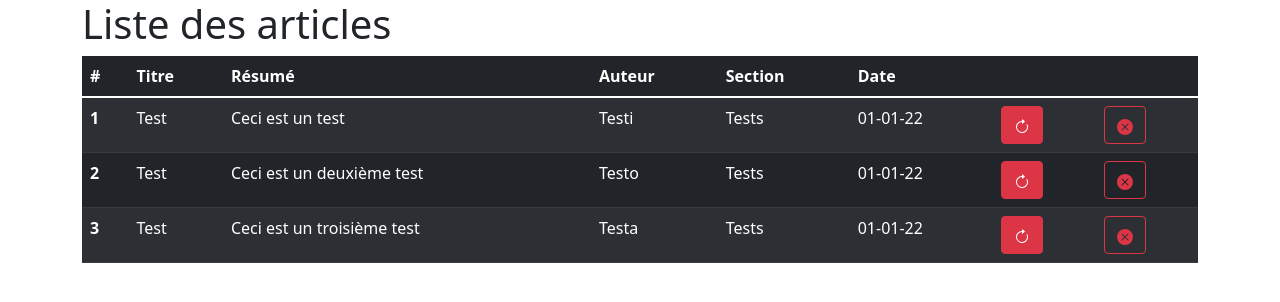
Repository: QuentinFayt/NewsWeb
Page: sources/adminNewsWeb/articlesList.html
An editor plug-in stored every save of this project. The page is shown before and after the next save, followed by the edit.
The browser window is 1280 px wide. The pictures show the whole page.

Above is the page before, as saved 2021-12-23 12:07:35.

After the next save:
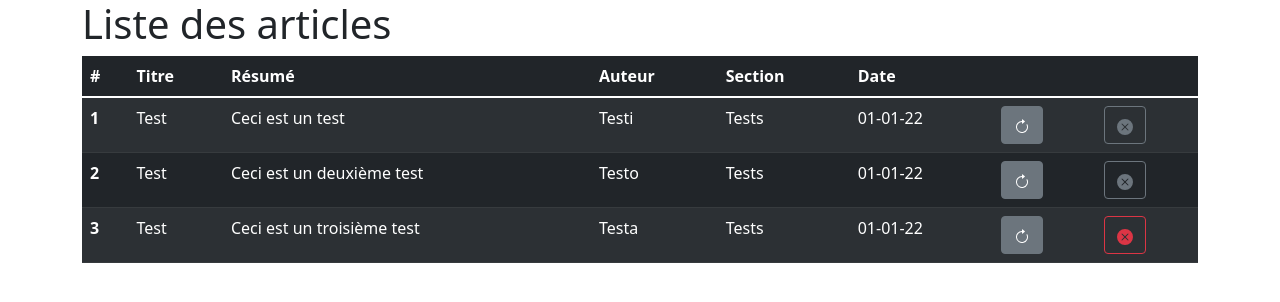
Saved 21 s later.
--- a/sources/adminNewsWeb/articlesList.html
+++ b/sources/adminNewsWeb/articlesList.html
@@ -32,13 +32,13 @@
                     <td>Testi</td>
                     <td>Tests</td>
                     <td>01-01-22</td>
-                    <td><button type="button" class="btn btn-danger">
+                    <td><button type="button" class="btn btn-secondary">
                             <svg xmlns="http://www.w3.org/2000/svg" width="16" height="16" fill="currentColor" class="bi bi-arrow-clockwise" viewBox="0 0 16 16">
                                 <path fill-rule="evenodd" d="M8 3a5 5 0 1 0 4.546 2.914.5.5 0 0 1 .908-.417A6 6 0 1 1 8 2v1z"></path>
                                 <path d="M8 4.466V.534a.25.25 0 0 1 .41-.192l2.36 1.966c.12.1.12.284 0 .384L8.41 4.658A.25.25 0 0 1 8 4.466z"></path>
                             </svg>
                         </button></td>
-                    <td><button type="button" class="btn btn-outline-danger">
+                    <td><button type="button" class="btn btn-outline-secondary">
                             <svg xmlns="http://www.w3.org/2000/svg" width="16" height="16" fill="currentColor" class="bi bi-x-circle-fill" viewBox="0 0 16 16">
                                 <path d="M16 8A8 8 0 1 1 0 8a8 8 0 0 1 16 0zM5.354 4.646a.5.5 0 1 0-.708.708L7.293 8l-2.647 2.646a.5.5 0 0 0 .708.708L8 8.707l2.646 2.647a.5.5 0 0 0 .708-.708L8.707 8l2.647-2.646a.5.5 0 0 0-.708-.708L8 7.293 5.354 4.646z"></path>
                             </svg>
@@ -52,13 +52,13 @@
                     <td>Testo</td>
                     <td>Tests</td>
                     <td>01-01-22</td>
-                    <td><button type="button" class="btn btn-danger">
+                    <td><button type="button" class="btn btn-secondary">
                             <svg xmlns="http://www.w3.org/2000/svg" width="16" height="16" fill="currentColor" class="bi bi-arrow-clockwise" viewBox="0 0 16 16">
                                 <path fill-rule="evenodd" d="M8 3a5 5 0 1 0 4.546 2.914.5.5 0 0 1 .908-.417A6 6 0 1 1 8 2v1z"></path>
                                 <path d="M8 4.466V.534a.25.25 0 0 1 .41-.192l2.36 1.966c.12.1.12.284 0 .384L8.41 4.658A.25.25 0 0 1 8 4.466z"></path>
                             </svg>
                         </button></td>
-                    <td><button type="button" class="btn btn-outline-danger">
+                    <td><button type="button" class="btn btn-outline-secondary">
                             <svg xmlns="http://www.w3.org/2000/svg" width="16" height="16" fill="currentColor" class="bi bi-x-circle-fill" viewBox="0 0 16 16">
                                 <path d="M16 8A8 8 0 1 1 0 8a8 8 0 0 1 16 0zM5.354 4.646a.5.5 0 1 0-.708.708L7.293 8l-2.647 2.646a.5.5 0 0 0 .708.708L8 8.707l2.646 2.647a.5.5 0 0 0 .708-.708L8.707 8l2.647-2.646a.5.5 0 0 0-.708-.708L8 7.293 5.354 4.646z"></path>
                             </svg>
@@ -72,7 +72,7 @@
                     <td>Testa</td>
                     <td>Tests</td>
                     <td>01-01-22</td>
-                    <td><button type="button" class="btn btn-danger">
+                    <td><button type="button" class="btn btn-secondary">
                             <svg xmlns="http://www.w3.org/2000/svg" width="16" height="16" fill="currentColor" class="bi bi-arrow-clockwise" viewBox="0 0 16 16">
                                 <path fill-rule="evenodd" d="M8 3a5 5 0 1 0 4.546 2.914.5.5 0 0 1 .908-.417A6 6 0 1 1 8 2v1z"></path>
                                 <path d="M8 4.466V.534a.25.25 0 0 1 .41-.192l2.36 1.966c.12.1.12.284 0 .384L8.41 4.658A.25.25 0 0 1 8 4.466z"></path>
